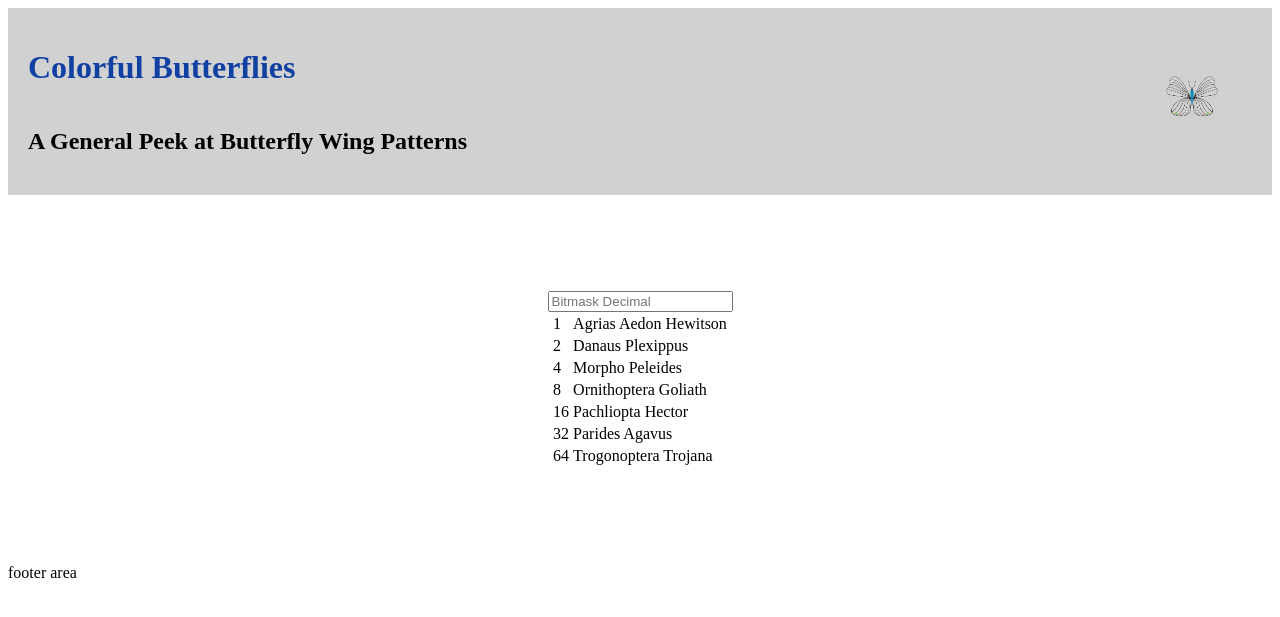
Repository: MeowCeline00/assessment-2
Page: /
An editor plug-in stored every save of this project. The page is shown before and after the next save, followed by the edit.
The browser window is 1280 px wide. The pictures show the whole page.
The project was rebuilt for these pictures with package versions that can differ from the ones it lists, and the page was loaded fresh each time. The framework's server and built-in components were replaced by stand-ins that run in the browser. Also part of the build but not shown: next.config.mjs.

Above is the page before, as saved 2024-02-07 21:54:54.

After the next save:
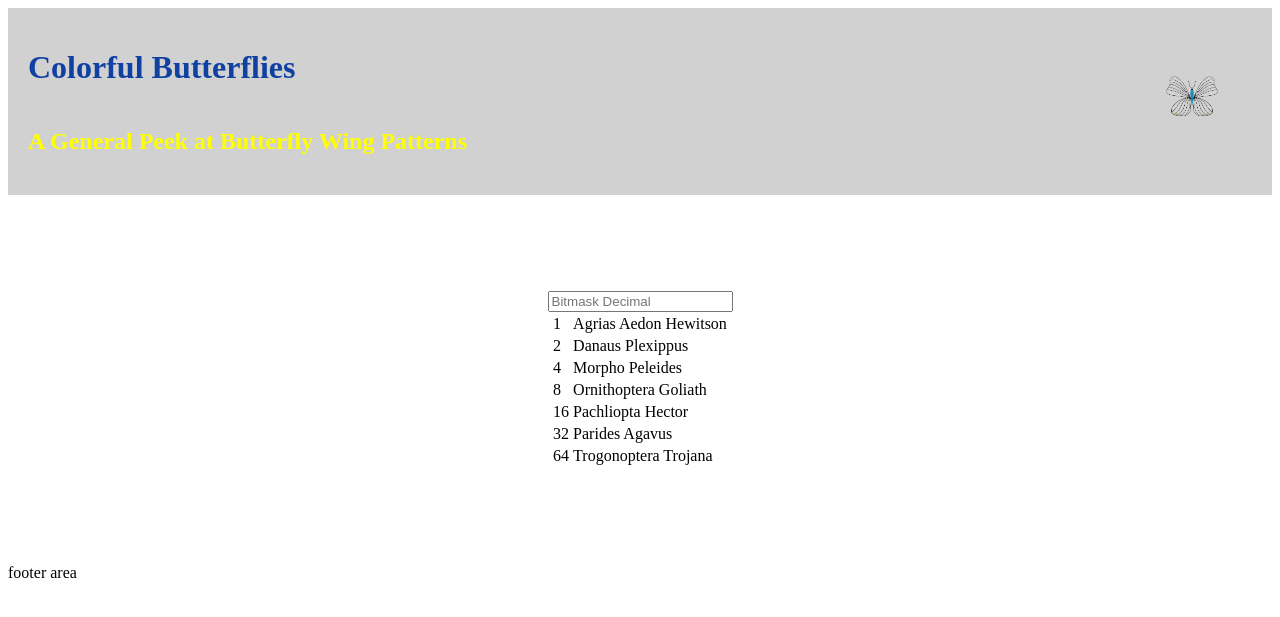
Saved 4 s later.
--- a/Components/Header/Header.module.css
+++ b/Components/Header/Header.module.css
@@ -16,7 +16,7 @@
 }
 
 .titleArea h2 {
-    color: ;
+    color: yellow;
 }
 
 .logoArea {
